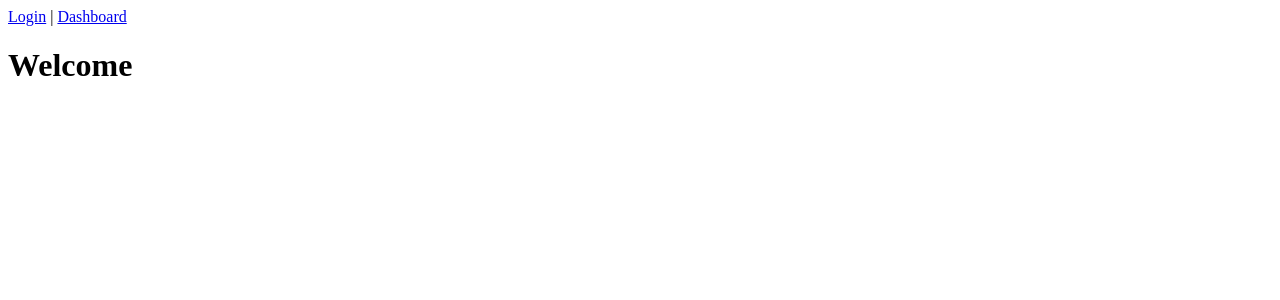
Repository: DeveshPatill/customer-support-crm-application
Page: /dashboard (app in client/client/)
These files come from the project's save history. The page is drawn as it stood at one moment and after the next save; the edit follows.
The browser window is 1280 px wide. The pictures show the whole page.
The project was rebuilt for these pictures with package versions that can differ from the ones it lists, and the page was loaded fresh each time. Also part of the build but not shown: client/client/vite.config.js, client/client/src/services/api.js, client/client/src/pages/Login.jsx, client/client/src/pages/Tickets.jsx, client/client/src/pages/CreateTicket.jsx, client/client/src/pages/TicketDetails.jsx, client/client/src/pages/Register.jsx.

Above is the page before, as saved 2026-07-16 19:35:58.

### client/client/index.html
<!doctype html>
<html lang="en">
  <head>
    <meta charset="UTF-8" />
    <link rel="icon" type="image/svg+xml" href="/favicon.svg" />
    <meta name="viewport" content="width=device-width, initial-scale=1.0" />
    <title>client</title>
  </head>
  <body>
    <div id="root"></div>
    <script type="module" src="/src/main.jsx"></script>
  </body>
</html>

### client/client/src/App.jsx
import { BrowserRouter, Routes, Route } from "react-router-dom";

import Login from "./pages/Login";
import Dashboard from "./pages/Dashboard";
import Navbar from "./components/Navbar";
import Tickets from "./pages/Tickets";
import CreateTicket from "./pages/CreateTicket";
import TicketDetails from "./pages/TicketDetails";
import { Toaster } from "react-hot-toast";
import toast from "react-hot-toast";
toast.success("Success");
toast.error("Error");
import Register from "./pages/Register";

function App() {
  return (
    <BrowserRouter>
     <Toaster position="top-right" />
      <Navbar />

      <Routes>
        <Route path="/" element={<Login />} />
        <Route path="/register" element={<Register />} />
        <Route path="/dashboard" element={<Dashboard />} />
        <Route path="/tickets" element={<Tickets />} />
        <Route path="/tickets/new" element={<CreateTicket />} />
        <Route path="/tickets/:id" element={<TicketDetails />} />

      </Routes>
    </BrowserRouter>
  );
}

export default App;

### client/client/src/pages/Dashboard.jsx
function Dashboard() {

    const user = JSON.parse(
        localStorage.getItem("user")
    );

    return (
        <div>
            <h1>
                Welcome {user?.name}
            </h1>

            <p>{user?.email}</p>
        </div>
    );
}

export default Dashboard;

### client/client/src/components/Navbar.jsx
import { Link } from "react-router-dom";

const Navbar = () => {
  return (
    <nav>
      <Link to="/">Login</Link>

      {" | "}

      <Link to="/dashboard">Dashboard</Link>
    </nav>
  );
};

export default Navbar;

Loaded but not shown: client/client/src/main.jsx (common file)

After the next save:
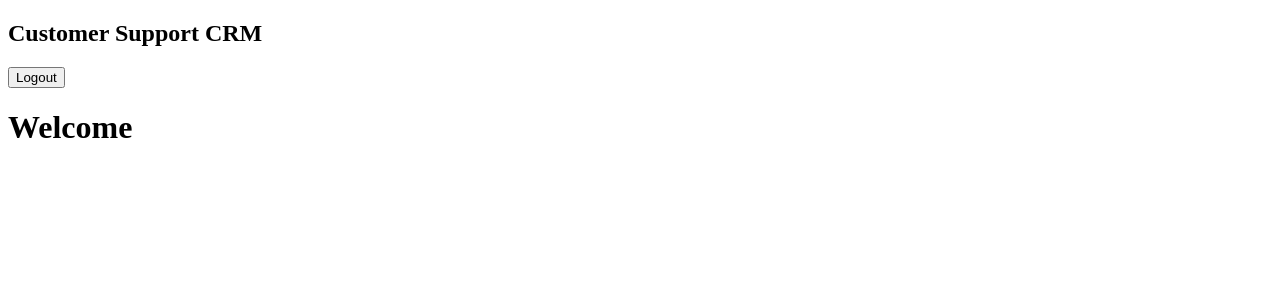
Saved 55 s later.
--- a/client/client/src/components/Navbar.jsx
+++ b/client/client/src/components/Navbar.jsx
@@ -1,15 +1,24 @@
-import { Link } from "react-router-dom";
+import { useNavigate } from "react-router-dom";
 
-const Navbar = () => {
-  return (
-    <nav>
-      <Link to="/">Login</Link>
+function Navbar() {
+    const navigate = useNavigate();
 
-      {" | "}
+    const handleLogout = () => {
+        localStorage.removeItem("token");
+        localStorage.removeItem("user");
 
-      <Link to="/dashboard">Dashboard</Link>
-    </nav>
-  );
-};
+        navigate("/login");
+    };
+
+    return (
+        <nav>
+            <h2>Customer Support CRM</h2>
+
+            <button onClick={handleLogout}>
+                Logout
+            </button>
+        </nav>
+    );
+}
 
 export default Navbar;
